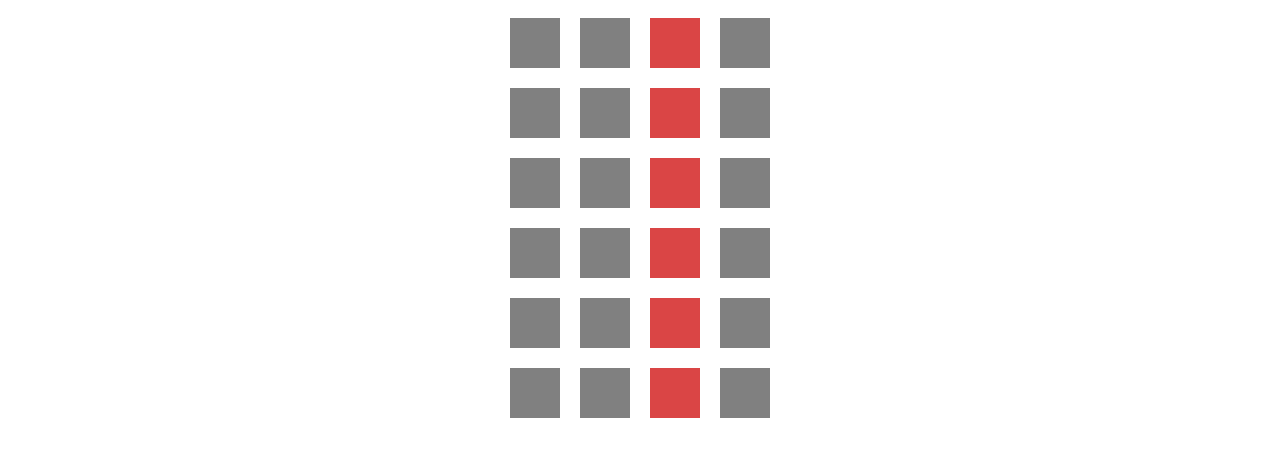
Repository: batonAnton/Hw-Lec-8
Page: index.html
These files come from the project's save history. The page is drawn as it stood at one moment and after the next save; the edit follows.
The browser window is 1280 px wide. The pictures show the whole page.

Above is the page before, as saved 2022-06-24 11:52:24.

After the next save:
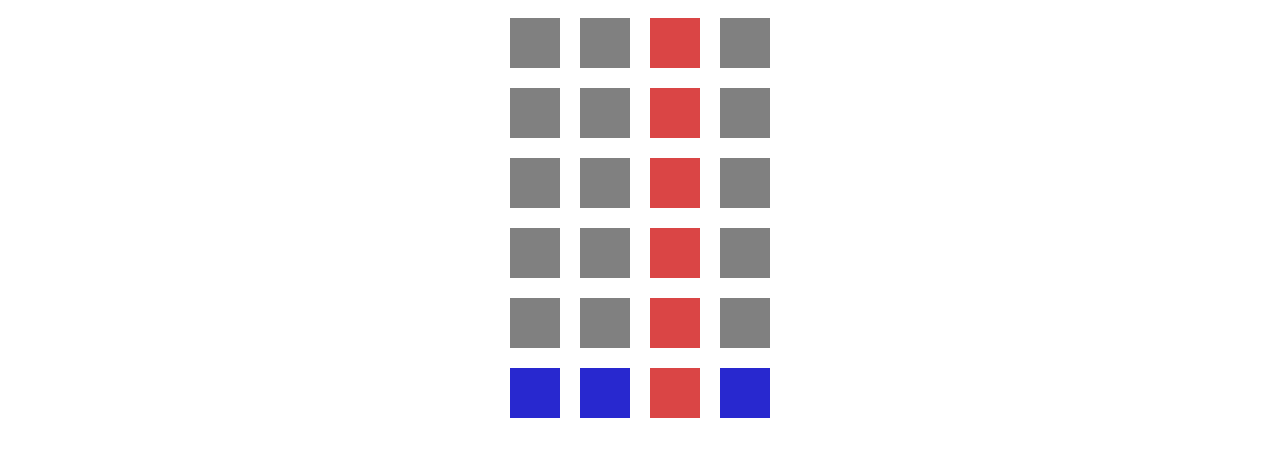
Saved 2 min 52 s later.
--- a/css/style.css
+++ b/css/style.css
@@ -21,6 +21,26 @@
     background-color: rgb(218, 69, 69);
 }
 
-.row-lst:nth-child(6){
+.row-last .block:nth-child(1), .row-last .block:nth-child(2), .row-last .block:nth-child(4){
     background-color: rgb(40, 40, 207);
 }
+
+
+button{
+
+width: 500px;
+height: 92px;
+font-family: 'Helvetica';
+font-style: normal;
+font-weight: 700;
+font-size: 24px;
+line-height: 28px;
+display: flex;
+align-items: center;
+text-align: center;
+background-color: #44D3A8;
+box-shadow: 0px 4px 4px rgba(0, 0, 0, 0.25);
+border-radius: 100px;
+color: #FFFFFF;
+
+}
